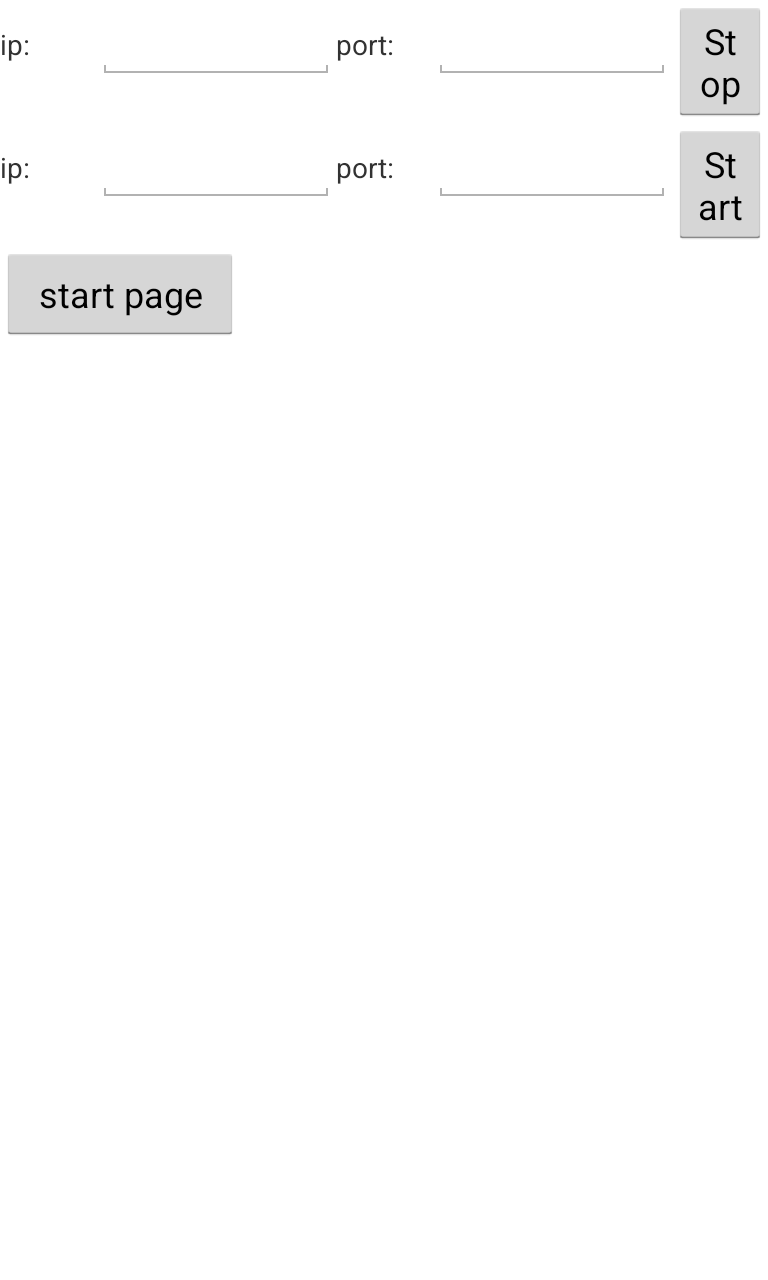
Repository: dthas/d_firewall_c
Layout: src/main/android/eclipse_project/dfirewall/res/layout/in_pl.xml
An editor plug-in stored every save of this project. The layout is shown before and after the next save, followed by the edit.
It is drawn on a 768 x 1280 px phone screen (xhdpi) without system bars, with theme AppTheme; the app's code is not run.

Above is the layout before, as saved 2017-02-07 09:32:43.

### src/main/android/eclipse_project/dfirewall/res/layout/in_pl.xml
<LinearLayout xmlns:android="http://schemas.android.com/apk/res/android"
android:layout_width="fill_parent"
android:layout_height="wrap_content"
android:orientation="vertical" >

    <LinearLayout
        android:layout_width="fill_parent"
		android:layout_height="wrap_content"
		android:orientation="horizontal" >

	        <TextView
				android:id="@+id/text_view_1"
				android:layout_width="fill_parent"
				android:layout_height="wrap_content"
				android:layout_weight="1"
				android:text="ip:" />

	        <EditText
				android:id="@+id/edit_text_1"
				android:layout_width="120dp"
				android:layout_height="wrap_content"

				/>

		<TextView
				android:id="@+id/text_view_2"
				android:layout_width="fill_parent"
				android:layout_height="wrap_content"
				android:layout_weight="1"
				android:text="port:" />

	        <EditText
				android:id="@+id/edit_text_2"
				android:layout_width="120dp"
				android:layout_height="wrap_content"

				/>

	        <Button
			android:id="@+id/button_1"
			android:layout_width="fill_parent"
			android:layout_height="wrap_content"
			android:layout_weight="1"
			android:text="Stop" />
	</LinearLayout>

    <LinearLayout
        android:layout_width="fill_parent"
		android:layout_height="wrap_content"
		android:orientation="horizontal">

	        <TextView
				android:id="@+id/text_view_3"
				android:layout_width="fill_parent"
				android:layout_height="wrap_content"
				android:layout_weight="1"
				android:text="ip:" />

	        <EditText
				android:id="@+id/edit_text_3"
				android:layout_width="120dp"
				android:layout_height="wrap_content"

				/>

		<TextView
				android:id="@+id/text_view_4"
				android:layout_width="fill_parent"
				android:layout_height="wrap_content"
				android:layout_weight="1"
				android:text="port:" />

	        <EditText
				android:id="@+id/edit_text_4"
				android:layout_width="120dp"
				android:layout_height="wrap_content"

				/>

		<Button
			android:id="@+id/button_2"
			android:layout_width="fill_parent"
			android:layout_height="wrap_content"
			android:layout_weight="1"
			android:text="Start" />
	</LinearLayout>

   <LinearLayout
       	android:layout_width="wrap_content"
		android:layout_height="wrap_content"
		android:orientation="horizontal" >

			<Button
			android:id="@+id/button_3"
			android:layout_width="120dp"
			android:layout_height="wrap_content"
			android:layout_weight="1"
			android:layout_gravity="bottom"
			android:text="start page" />



	</LinearLayout>

</LinearLayout>

Loaded but not shown: src/main/android/eclipse_project/dfirewall/res/values/styles.xml (common file); src/main/android/eclipse_project/dfirewall/res/values-v11/styles.xml (common file); src/main/android/eclipse_project/dfirewall/res/values-v14/styles.xml (common file)

After the next save:
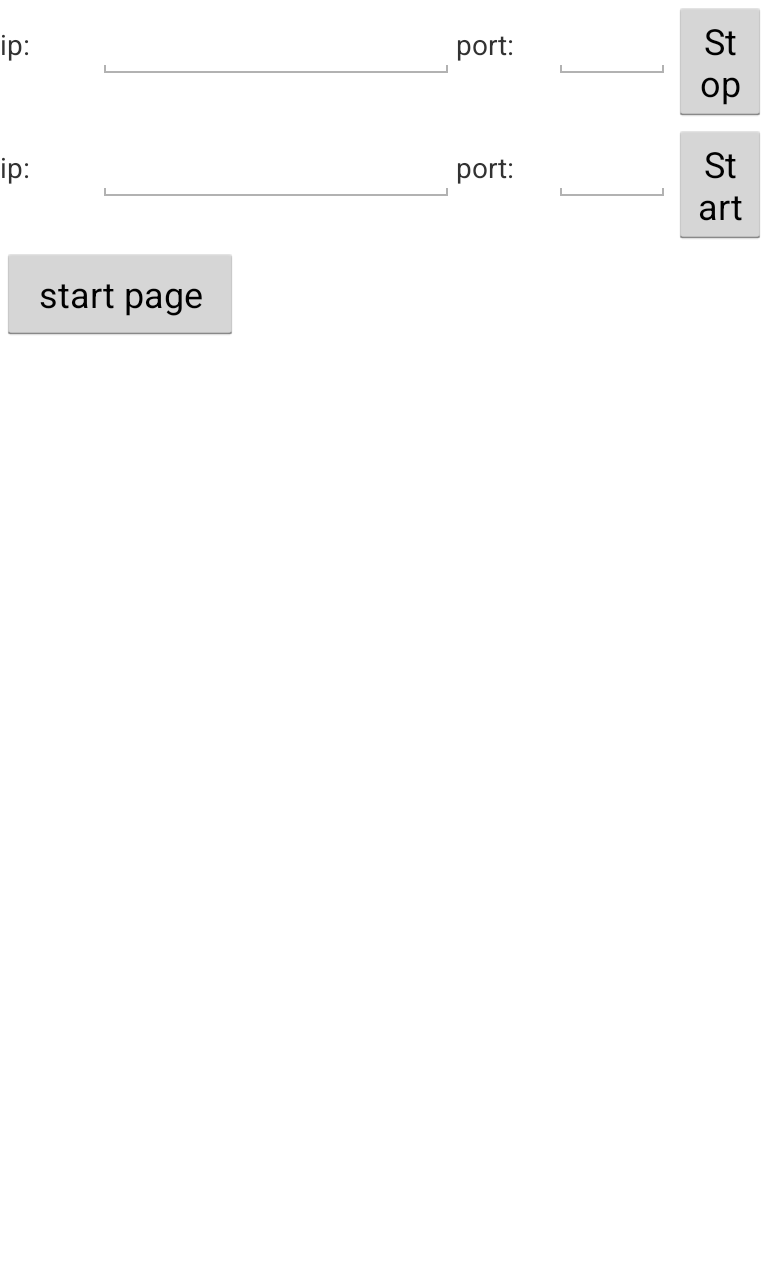
Saved 2 min 49 s later.
--- a/src/main/android/eclipse_project/dfirewall/res/layout/in_pl.xml
+++ b/src/main/android/eclipse_project/dfirewall/res/layout/in_pl.xml
@@ -17,7 +17,7 @@ android:orientation="vertical" >
 
 	        <EditText
 				android:id="@+id/edit_text_1"
-				android:layout_width="120dp"
+				android:layout_width="180dp"
 				android:layout_height="wrap_content"
 
 				/>
@@ -31,7 +31,7 @@ android:orientation="vertical" >
 
 	        <EditText
 				android:id="@+id/edit_text_2"
-				android:layout_width="120dp"
+				android:layout_width="60dp"
 				android:layout_height="wrap_content"
 
 				/>
@@ -58,7 +58,7 @@ android:orientation="vertical" >
 
 	        <EditText
 				android:id="@+id/edit_text_3"
-				android:layout_width="120dp"
+				android:layout_width="180dp"
 				android:layout_height="wrap_content"
 
 				/>
@@ -72,7 +72,7 @@ android:orientation="vertical" >
 
 	        <EditText
 				android:id="@+id/edit_text_4"
-				android:layout_width="120dp"
+				android:layout_width="60dp"
 				android:layout_height="wrap_content"
 
 				/>
